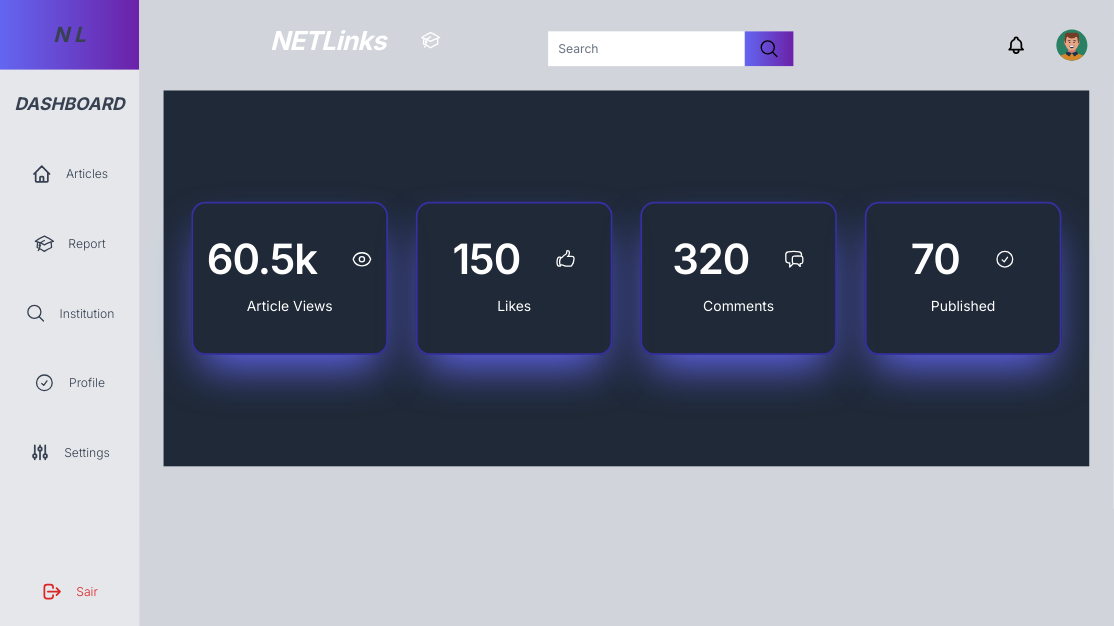
Repository: KennedyWanderson/AdminDashboard
Page: / (app in Code/admindashboard/)
An editor plug-in stored every save of this project. The page is shown before and after the next save, followed by the edit.
The browser window is 1280 px wide. The pictures show the whole page, at 87% of full size.
The project was rebuilt for these pictures with package versions that can differ from the ones it lists, and the page was loaded fresh each time. The framework's server and built-in components were replaced by stand-ins that run in the browser. Also part of the build but not shown: Code/admindashboard/next.config.mjs.

Above is the page before, as saved 2024-06-26 20:20:41.

### Code/admindashboard/src/app/layout.js
import { Inter } from "next/font/google";
import "./globals.css";

const inter = Inter({ subsets: ["latin"] });

export const metadata = {
  title: "Admin Dashboard",
  description: "Generated by Kennedy Wanderson",
};

export default function RootLayout({ children }) {
  return (
    <html lang="en">
      <body className={inter.className}>{children}</body>
    </html>
  );
}

### Code/admindashboard/src/app/page.js
import Layout from "@/components/Layout";

export default function Home() {
  return (
    <Layout>
      Content
    </Layout>
  )
}

### Code/admindashboard/src/components/Layout.jsx
"use client";

import { useState } from "react";
import Content from "./Content";
import Header from "./Header";
import LateralMenu from "./LateralMenu";
import HomePage from "./Home";


export default function Layout() {
    const [activeComponent, setActiveComponent] = useState("HomePage");

    const renderActiveComponent = () => {
        switch (activeComponent) {
            case "HomePage":
                return <HomePage />;
            default:
                return <HomePage />;
        }
    };

    return (
        <div className={`flex h-screen w-screen`}>
            <LateralMenu setActiveComponent={setActiveComponent} />
            <div className={`
                flex flex-col w-full p-7
                bg-gray-300 dark:bg-gray-800
            `}>
                <Header />
                <Content>
                    {renderActiveComponent()}
                </Content>
            </div>
        </div>
    );
}

### Code/admindashboard/src/components/Content.jsx
export default function Content({ children }) {
    return (
        <div className={`
            flex flex-col mt-7
            dark:text-gray-200
        `}>
            {children}
        </div>
    );
}

### Code/admindashboard/src/components/Header.jsx
import AvatarUsuario from "./UserAvatar";
import { IconeAcademic, IconeSearch, IconeSino } from "./icons";

export default function Header({ titulo, subtitulo }) {


    return (
        <div className={`flex`}>
            <div>
                <h1 className={`
                font-black text-3xl
                text-gray-900 dark:text-gray-100
            `}>
                    {titulo}
                </h1>
                <h2 className={`
                font-light text-sm
                dark:text-gray-300
            `}>
                    {subtitulo}
                </h2>
            </div>
            <header className="flex flex-grow justify-center text-white">
                <nav className=" justify-center" aria-label="Global">
                    <div className="hidden lg:flex lg:gap-x-12">
                        <a href="#" className="order-first text-xl font-bold flex items-center gap-10 italic tracking-tight text-white sm:text-3xl">NETLinks {IconeAcademic}</a>
                    </div>
                </nav>
            </header>

                <div className="relative mt-2 ">
                    <div className=" absolute inset-y-0 left-0 flex items-center pl-3">
                        <span className="text-gray-500 sm:text-sm">Search </span>
                    </div>
                    <input
                        type="text"
                        name="search"
                        id="search"
                        className="w-full rounded-none py-2 px-6"
                    >

                    </input>
                    <div className="absolute inset-y-0 px-4 right-0 flex items-center bg-gradient-to-r from-indigo-500 to-purple-800 cursor-pointer">
                        {IconeSearch}
                    </div>
                </div>


            <div className={`flex flex-grow justify-end items-center gap-8`}>

                {IconeSino}
                <AvatarUsuario />
            </div>
        </div>
    )
}

### Code/admindashboard/src/components/LateralMenu.jsx
"use client";

import MenuItem from "./ItemMenu";
import { IconeAcademic, IconeAjustes, IconeAtencao, IconeCasa, IconeCheck, IconeSair, IconeSearch, IconeSino } from "./icons";

export default function LateralMenu({ setActiveComponent }) {
    return (
        <aside className={`
            flex flex-col items-center
            bg-gray-200 text-gray-700
            dark:bg-gray-900
        `}>
            <div className={`
                flex flex-col items-center justify-center font-bold italic text-2xl
                bg-gradient-to-r from-indigo-500 to-purple-800
                h-20 w-40
            `}>
                N L
            </div>
            <div className="flex items-center justify-center w-full h-20">
                <h4 className="font-bold italic border-y-4 text-xl

                ">DASHBOARD</h4>
            </div>

            <ul className="flex-grow w-full">

                <MenuItem
                    texto="Articles"
                    icone={IconeCasa}
                    onClick={() => setActiveComponent('Articles')}
                />
                <MenuItem
                    texto="Report"
                    icone={IconeAcademic}
                    onClick={() => setActiveComponent('Report')}
                />
                <MenuItem
                    texto="Institution"
                    icone={IconeSearch}
                    onClick={() => setActiveComponent('Institution')}
                />
                <MenuItem
                    texto="Profile"
                    icone={IconeCheck}
                    onClick={() => setActiveComponent('Profile')}
                />
                <MenuItem
                    texto="Settings"
                    icone={IconeAjustes}
                    onClick={() => setActiveComponent('Settings')}
                />

            </ul>
            <ul>
                <MenuItem
                    texto="Sair"
                    icone={IconeSair}
                    className={`
                        text-red-600 dark:text-red-400
                        hover:bg-red-400 hover:text-white
                        dark:hover:text-white
                    `}
                />
            </ul>
        </aside>
    );
}

### Code/admindashboard/src/components/Home.jsx
import { IconeCheck, IconeComment, IconeEye, IconeLike } from "./icons";

export default function HomePage() {
    return (
        <div className="py-24 sm:py-32 bg-gray-800">
            <div className="mx-auto max-w-full px-6 lg:px-8">
                <dl className="grid grid-cols-1 gap-x-8 gap-y-16 text-center lg:grid-cols-4">
                    <div className="mx-auto flex items-center max-w-xs flex-col w-full border-2 rounded-2xl shadow-2xl shadow-indigo-500 p-10 border-indigo-800 gap-y-4">
                        <dt className="text-base leading-7 text-white">Article Views</dt>
                        <dd className="order-first flex items-center gap-10 text-3xl font-semibold tracking-tight text-white sm:text-5xl">60.5k {IconeEye}</dd>
                    </div>
                    <div className="mx-auto flex items-center max-w-xs flex-col w-full border-2 rounded-2xl shadow-2xl shadow-indigo-500 p-10 border-indigo-800 gap-y-4">
                        <dt className="text-base leading-7 text-white">Likes</dt>
                        <dd className="order-first text-3xl flex items-center gap-10 font-semibold tracking-tight text-white sm:text-5xl">150 {IconeLike}</dd>
                    </div>
                    <div className="mx-auto flex items-center max-w-xs flex-col w-full border-2 rounded-2xl shadow-2xl shadow-indigo-500 p-10 border-indigo-800 gap-y-4">
                        <dt className="text-base leading-7 text-white">Comments</dt>
                        <dd className="order-first text-3xl flex items-center gap-10 font-semibold tracking-tight text-white sm:text-5xl">320 {IconeComment}</dd>
                    </div>
                    <div className="mx-auto flex items-center max-w-xs flex-col w-full border-2 rounded-2xl shadow-2xl shadow-indigo-500 p-10 border-indigo-800 gap-y-4">
                        <dt className="text-base leading-7 text-white">Published</dt>
                        <dd className="order-first text-3xl flex items-center gap-10 font-semibold tracking-tight text-white sm:text-5xl">70 {IconeCheck}</dd>
                    </div>
                </dl>

                {/* <table className="table-auto w-full mt-8 text-white">
                    <thead>
                        <tr className="">
                            <th className="px-4 py-2 border">Song</th>
                            <th className="px-4 py-2 border">Artist</th>
                            <th className="px-4 py-2 border">Year</th>
                        </tr>
                    </thead>
                    <tbody>
                        <tr className="">
                            <td className="px-4 py-2 border">The Sliding Mr. Bones (Next Stop, Pottersville)</td>
                            <td className="px-4 py-2 border">Malcolm Lockyer</td>
                            <td className="px-4 py-2 border">1961</td>
                        </tr>
                        <tr className="">
                            <td className="px-4 py-2 border">Witchy Woman</td>
                            <td className="px-4 py-2 border">The Eagles</td>
                            <td className="px-4 py-2 border">1972</td>
                        </tr>
                        <tr className="">
                            <td className="px-4 py-2 border">Shining Star</td>
                            <td className="px-4 py-2 border">Earth, Wind, and Fire</td>
                            <td className="px-4 py-2 border">1975</td>
                        </tr>
                        <tr className="">
                            <td className="px-4 py-2 border">The Sliding Mr. Bones (Next Stop, Pottersville)</td>
                            <td className="px-4 py-2 border">Malcolm Lockyer</td>
                            <td className="px-4 py-2 border">1961</td>
                        </tr>
                        <tr className="">
                            <td className="px-4 py-2 border">Witchy Woman</td>
                            <td className="px-4 py-2 border">The Eagles</td>
                            <td className="px-4 py-2 border">1972</td>
                        </tr>
                        <tr className="">
                            <td className="px-4 py-2 border">Shining Star</td>
                            <td className="px-4 py-2 border">Earth, Wind, and Fire</td>
                            <td className="px-4 py-2 border">1975</td>
                        </tr>
                        <tr className="">
                            <td className="px-4 py-2 border">The Sliding Mr. Bones (Next Stop, Pottersville)</td>
                            <td className="px-4 py-2 border">Malcolm Lockyer</td>
                            <td className="px-4 py-2 border">1961</td>
                        </tr>
                        <tr className="">
                            <td className="px-4 py-2 border">Witchy Woman</td>
                            <td className="px-4 py-2 border">The Eagles</td>
                            <td className="px-4 py-2 border">1972</td>
                        </tr>
                        <tr className="">
                            <td className="px-4 py-2 border">Shining Star</td>
                            <td className="px-4 py-2 border">Earth, Wind, and Fire</td>
                            <td className="px-4 py-2 border">1975</td>
                        </tr>
                        <tr className="">
                            <td className="px-4 py-2 border">The Sliding Mr. Bones (Next Stop, Pottersville)</td>
                            <td className="px-4 py-2 border">Malcolm Lockyer</td>
                            <td className="px-4 py-2 border">1961</td>
                        </tr>
                        <tr className="">
                            <td className="px-4 py-2 border">Witchy Woman</td>
                            <td className="px-4 py-2 border">The Eagles</td>
                            <td className="px-4 py-2 border">1972</td>
                        </tr>
                        <tr className="">
                            <td className="px-4 py-2 border">Shining Star</td>
                            <td className="px-4 py-2 border">Earth, Wind, and Fire</td>
                            <td className="px-4 py-2 border">1975</td>
                        </tr>
                        <tr className="">
                            <td className="px-4 py-2 border">The Sliding Mr. Bones (Next Stop, Pottersville)</td>
                            <td className="px-4 py-2 border">Malcolm Lockyer</td>
                            <td className="px-4 py-2 border">1961</td>
                        </tr>
                        <tr className="">
                            <td className="px-4 py-2 border">Witchy Woman</td>
                            <td className="px-4 py-2 border">The Eagles</td>
                            <td className="px-4 py-2 border">1972</td>
                        </tr>
                        <tr className="">
                            <td className="px-4 py-2 border">Shining Star</td>
                            <td className="px-4 py-2 border">Earth, Wind, and Fire</td>
                            <td className="px-4 py-2 border">1975</td>
                        </tr>

                    </tbody>
                </table> */}
            </div>
        </div>
    )
}

### Code/admindashboard/src/components/UserAvatar.jsx


export default function AvatarUsuario({className}) {
    return (
            <img
                src={'/images/avatar.svg'}
                alt="Avatar do Usuário"
                className={`
                    h-10 w-10 rounded-full cursor-pointer
                    ${className}
                `}
            />

    )
}

### Code/admindashboard/src/components/icons/index.jsx
// Pra mais icones acessar... https://heroicons.com/

export const IconeSearch = (
    <svg xmlns="http://www.w3.org/2000/svg" fill="none" viewBox="0 0 24 24" strokeWidth={1.5} stroke="currentColor" className="size-6">
        <path strokeLinecap="round" strokeLinejoin="round" d="m21 21-5.197-5.197m0 0A7.5 7.5 0 1 0 5.196 5.196a7.5 7.5 0 0 0 10.607 10.607Z" />
    </svg>
)

export const IconeAcademic = (
    <svg xmlns="http://www.w3.org/2000/svg" fill="none" viewBox="0 0 24 24" strokeWidth={1.5} stroke="currentColor" className="size-6">
        <path strokeLinecap="round" strokeLinejoin="round" d="M4.26 10.147a60.438 60.438 0 0 0-.491 6.347A48.62 48.62 0 0 1 12 20.904a48.62 48.62 0 0 1 8.232-4.41 60.46 60.46 0 0 0-.491-6.347m-15.482 0a50.636 50.636 0 0 0-2.658-.813A59.906 59.906 0 0 1 12 3.493a59.903 59.903 0 0 1 10.399 5.84c-.896.248-1.783.52-2.658.814m-15.482 0A50.717 50.717 0 0 1 12 13.489a50.702 50.702 0 0 1 7.74-3.342M6.75 15a.75.75 0 1 0 0-1.5.75.75 0 0 0 0 1.5Zm0 0v-3.675A55.378 55.378 0 0 1 12 8.443m-7.007 11.55A5.981 5.981 0 0 0 6.75 15.75v-1.5" />
    </svg>

)

export const IconeComment = (
    <svg xmlns="http://www.w3.org/2000/svg" fill="none" viewBox="0 0 24 24" strokeWidth={1.5} stroke="currentColor" className="size-6">
        <path strokeLinecap="round" strokeLinejoin="round" d="M20.25 8.511c.884.284 1.5 1.128 1.5 2.097v4.286c0 1.136-.847 2.1-1.98 2.193-.34.027-.68.052-1.02.072v3.091l-3-3c-1.354 0-2.694-.055-4.02-.163a2.115 2.115 0 0 1-.825-.242m9.345-8.334a2.126 2.126 0 0 0-.476-.095 48.64 48.64 0 0 0-8.048 0c-1.131.094-1.976 1.057-1.976 2.192v4.286c0 .837.46 1.58 1.155 1.951m9.345-8.334V6.637c0-1.621-1.152-3.026-2.76-3.235A48.455 48.455 0 0 0 11.25 3c-2.115 0-4.198.137-6.24.402-1.608.209-2.76 1.614-2.76 3.235v6.226c0 1.621 1.152 3.026 2.76 3.235.577.075 1.157.14 1.74.194V21l4.155-4.155" />
    </svg>

)

export const IconeCheck = (
    <svg xmlns="http://www.w3.org/2000/svg" fill="none" viewBox="0 0 24 24" strokeWidth={1.5} stroke="currentColor" className="size-6">
        <path strokeLinecap="round" strokeLinejoin="round" d="M9 12.75 11.25 15 15 9.75M21 12a9 9 0 1 1-18 0 9 9 0 0 1 18 0Z" />
    </svg>


)

export const IconeLike = (
    <svg xmlns="http://www.w3.org/2000/svg" fill="none" viewBox="0 0 24 24" strokeWidth={1.5} stroke="currentColor" className="size-6">
        <path strokeLinecap="round" strokeLinejoin="round" d="M6.633 10.25c.806 0 1.533-.446 2.031-1.08a9.041 9.041 0 0 1 2.861-2.4c.723-.384 1.35-.956 1.653-1.715a4.498 4.498 0 0 0 .322-1.672V2.75a.75.75 0 0 1 .75-.75 2.25 2.25 0 0 1 2.25 2.25c0 1.152-.26 2.243-.723 3.218-.266.558.107 1.282.725 1.282m0 0h3.126c1.026 0 1.945.694 2.054 1.715.045.422.068.85.068 1.285a11.95 11.95 0 0 1-2.649 7.521c-.388.482-.987.729-1.605.729H13.48c-.483 0-.964-.078-1.423-.23l-3.114-1.04a4.501 4.501 0 0 0-1.423-.23H5.904m10.598-9.75H14.25M5.904 18.5c.083.205.173.405.27.602.197.4-.078.898-.523.898h-.908c-.889 0-1.713-.518-1.972-1.368a12 12 0 0 1-.521-3.507c0-1.553.295-3.036.831-4.398C3.387 9.953 4.167 9.5 5 9.5h1.053c.472 0 .745.556.5.96a8.958 8.958 0 0 0-1.302 4.665c0 1.194.232 2.333.654 3.375Z" />
    </svg>

)

export const IconeEye = (
    <svg xmlns="http://www.w3.org/2000/svg" fill="none" viewBox="0 0 24 24" strokeWidth={1.5} stroke="currentColor" className="size-6">
        <path strokeLinecap="round" strokeLinejoin="round" d="M2.036 12.322a1.012 1.012 0 0 1 0-.639C3.423 7.51 7.36 4.5 12 4.5c4.638 0 8.573 3.007 9.963 7.178.07.207.07.431 0 .639C20.577 16.49 16.64 19.5 12 19.5c-4.638 0-8.573-3.007-9.963-7.178Z" />
        <path strokeLinecap="round" strokeLinejoin="round" d="M15 12a3 3 0 1 1-6 0 3 3 0 0 1 6 0Z" />
    </svg>
)

export const IconeCasa = (
    <svg xmlns="http://www.w3.org/2000/svg" className="h-6 w-6" fill="none" viewBox="0 0 24 24" stroke="currentColor">
        <path strokeLinecap="round" strokeLinejoin="round" strokeWidth={2} d="M3 12l2-2m0 0l7-7 7 7M5 10v10a1 1 0 001 1h3m10-11l2 2m-2-2v10a1 1 0 01-1 1h-3m-6 0a1 1 0 001-1v-4a1 1 0 011-1h2a1 1 0 011 1v4a1 1 0 001 1m-6 0h6" />
    </svg>
)

export const IconeAjustes = (
    <svg xmlns="http://www.w3.org/2000/svg" className="h-6 w-6" fill="none" viewBox="0 0 24 24" stroke="currentColor">
        <path strokeLinecap="round" strokeLinejoin="round" strokeWidth={2} d="M12 6V4m0 2a2 2 0 100 4m0-4a2 2 0 110 4m-6 8a2 2 0 100-4m0 4a2 2 0 110-4m0 4v2m0-6V4m6 6v10m6-2a2 2 0 100-4m0 4a2 2 0 110-4m0 4v2m0-6V4" />
    </svg>
)

export const IconeSino = (
    <svg xmlns="http://www.w3.org/2000/svg" className="h-6 w-6" fill="none" viewBox="0 0 24 24" stroke="currentColor">
        <path strokeLinecap="round" strokeLinejoin="round" strokeWidth={2} d="M15 17h5l-1.405-1.405A2.032 2.032 0 0118 14.158V11a6.002 6.002 0 00-4-5.659V5a2 2 0 10-4 0v.341C7.67 6.165 6 8.388 6 11v3.159c0 .538-.214 1.055-.595 1.436L4 17h5m6 0v1a3 3 0 11-6 0v-1m6 0H9" />
    </svg>
)

export const IconeSair = (
    <svg xmlns="http://www.w3.org/2000/svg" className="h-6 w-6" fill="none" viewBox="0 0 24 24" stroke="currentColor">
        <path strokeLinecap="round" strokeLinejoin="round" strokeWidth={2} d="M17 16l4-4m0 0l-4-4m4 4H7m6 4v1a3 3 0 01-3 3H6a3 3 0 01-3-3V7a3 3 0 013-3h4a3 3 0 013 3v1" />
    </svg>
)

export const IconeSol = (tamanho = 6) => (
    <svg xmlns="http://www.w3.org/2000/svg" className={`h-${tamanho} w-${tamanho}`} fill="none" viewBox="0 0 24 24" stroke="currentColor">
        <path strokeLinecap="round" strokeLinejoin="round" strokeWidth={2} d="M12 3v1m0 16v1m9-9h-1M4 12H3m15.364 6.364l-.707-.707M6.343 6.343l-.707-.707m12.728 0l-.707.707M6.343 17.657l-.707.707M16 12a4 4 0 11-8 0 4 4 0 018 0z" />
    </svg>
)

export const IconeLua = (tamanho = 6) => (
    <svg xmlns="http://www.w3.org/2000/svg" className={`h-${tamanho} w-${tamanho}`} fill="none" viewBox="0 0 24 24" stroke="currentColor">
        <path strokeLinecap="round" strokeLinejoin="round" strokeWidth={2} d="M20.354 15.354A9 9 0 018.646 3.646 9.003 9.003 0 0012 21a9.003 9.003 0 008.354-5.646z" />
    </svg>
)

export const IconeAtencao = (tamanho = 1) => (
    <svg xmlns="http://www.w3.org/2000/svg" className={`h-${tamanho} w-${tamanho}`} fill="none" viewBox="0 0 24 24" stroke="currentColor">
        <path strokeLinecap="round" strokeLinejoin="round" strokeWidth={2} d="M12 9v2m0 4h.01m-6.938 4h13.856c1.54 0 2.502-1.667 1.732-3L13.732 4c-.77-1.333-2.694-1.333-3.464 0L3.34 16c-.77 1.333.192 3 1.732 3z" />
    </svg>
)

### Code/admindashboard/src/components/ItemMenu.jsx

export default function MenuItem({ texto, icone, url, className, onClick }) {
    function renderizarLink() {
        return (
            <div className={`
                flex justify-center items-center
                h-20 w-full gap-4
                dark:text-gray-200
                ${className}
            `}>
                {icone}
                <span className="text-sm font-light">
                    {texto}
                </span>
            </div>
        );
    }

    return (
        <li
            onClick={onClick}
            className={`
                hover:bg-gray-100 dark:hover:bg-gray-800
                cursor-pointer
            `}
        >
            {url ? (
                <a href={url}>
                    {renderizarLink()}
                </a>
            ) : (
                renderizarLink()
            )}
        </li>
    );
}

Loaded but not shown: Code/admindashboard/src/app/globals.css (common file); Code/admindashboard/tailwind.config.js (common file)

After the next save:
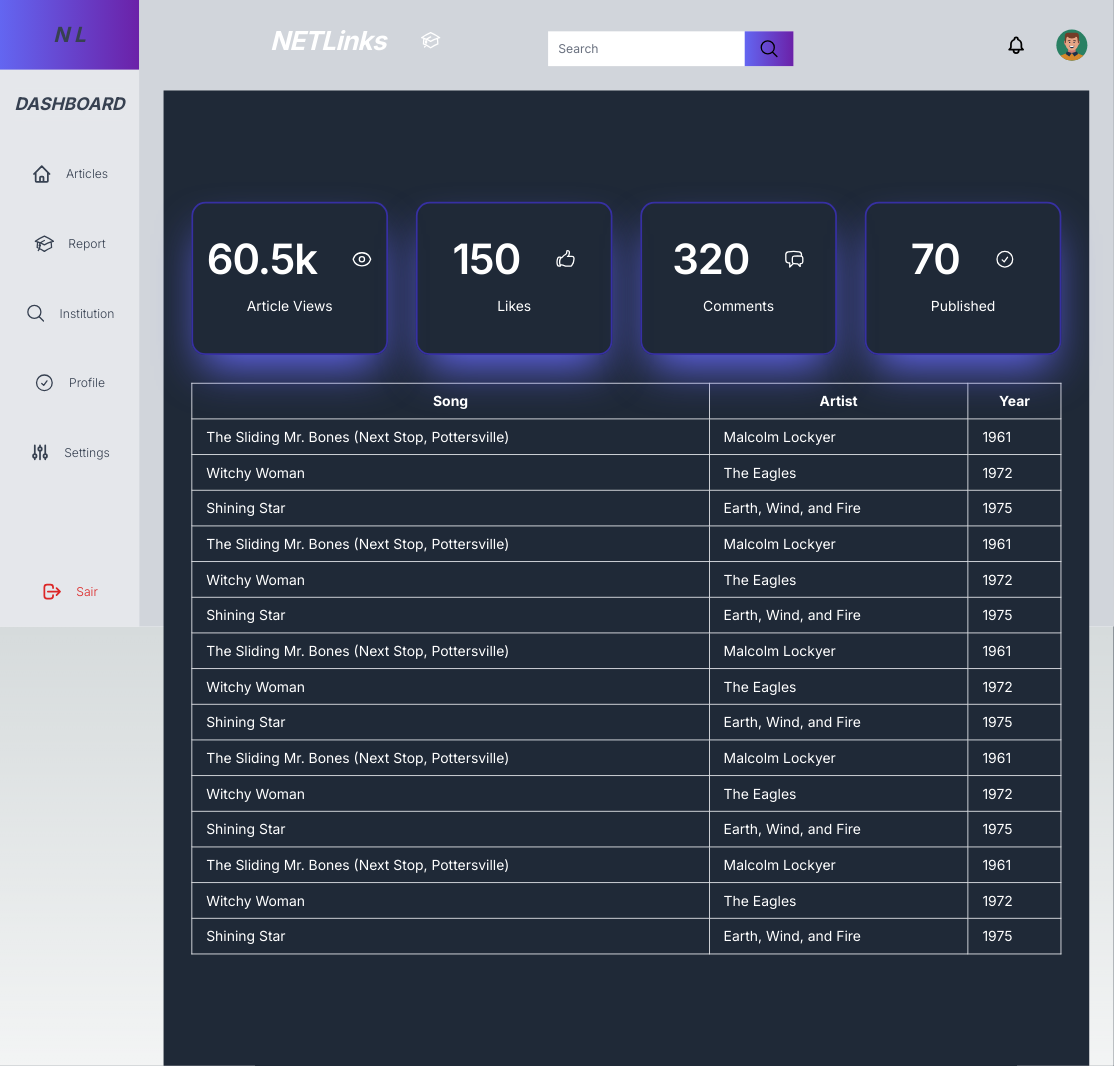
Saved 13 s later.
--- a/Code/admindashboard/src/components/Home.jsx
+++ b/Code/admindashboard/src/components/Home.jsx
@@ -23,7 +23,7 @@ export default function HomePage() {
                     </div>
                 </dl>
 
-                {/* <table className="table-auto w-full mt-8 text-white">
+                <table className="table-auto w-full mt-8 text-white">
                     <thead>
                         <tr className="">
                             <th className="px-4 py-2 border">Song</th>
@@ -109,7 +109,7 @@ export default function HomePage() {
                         </tr>
 
                     </tbody>
-                </table> */}
+                </table>
             </div>
         </div>
     )
